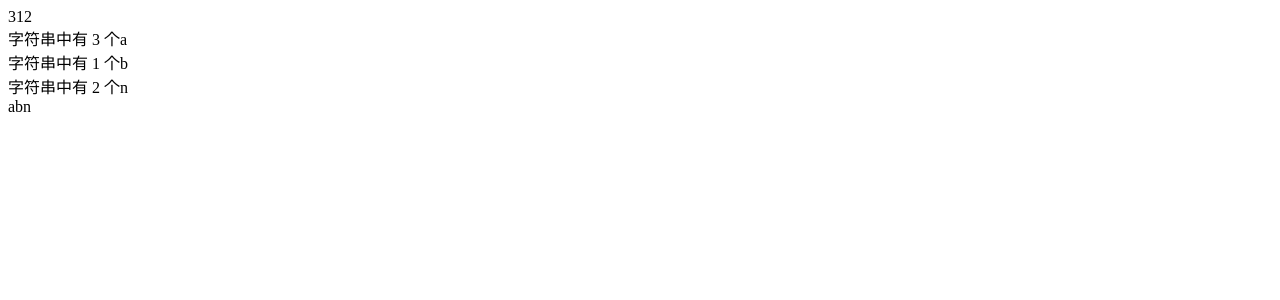
Repository: ljcan/PHP_Scripts
Page: http://localhost/src/new_file08.php
The author's editor kept a copy of each file at every save. The page is drawn from the files as they stood at one save, then again after the next save.
The browser window is 1280 px wide. The pictures show the whole page.
The page is run by PHP 8.4 with error messages shown; the project is at /var/www/html/.

Above is the page before, as saved 2017-07-04 07:49:33.

After the next save:
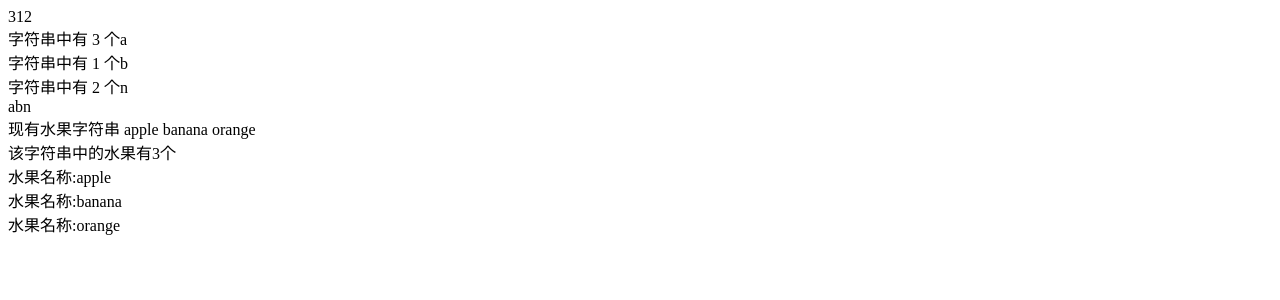
Saved 20 min 3 s later.
--- a/myjavascript_file/myphp/src/new_file08.php
+++ b/myjavascript_file/myphp/src/new_file08.php
@@ -11,14 +11,20 @@
     <body>
 	<?php
 	$key="banana";
-	foreach (count_chars($key,1) as $i) {
+	foreach (count_chars($key,1) as $i) {      //按照二十六个字母的顺序处理字符串
 		echo $i;
 	}
 	echo'</br>';
 	foreach (count_chars($key,1) as $i => $val) {
 		echo "字符串中有 $val 个".chr($i)."</br>";
 	}
-	echo count_chars($key,3);
+	echo count_chars($key,3),'</br>';
+	$fruit="apple banana orange";
+	echo "现有水果字符串  $fruit"."</br>";
+	echo "该字符串中的水果有".str_word_count($fruit,0)."个"."</br>";
+	foreach (str_word_count($fruit,1) as $i) {
+		echo "水果名称:".$i."</br>";
+	}
 	?>
     </body>
 </html>
